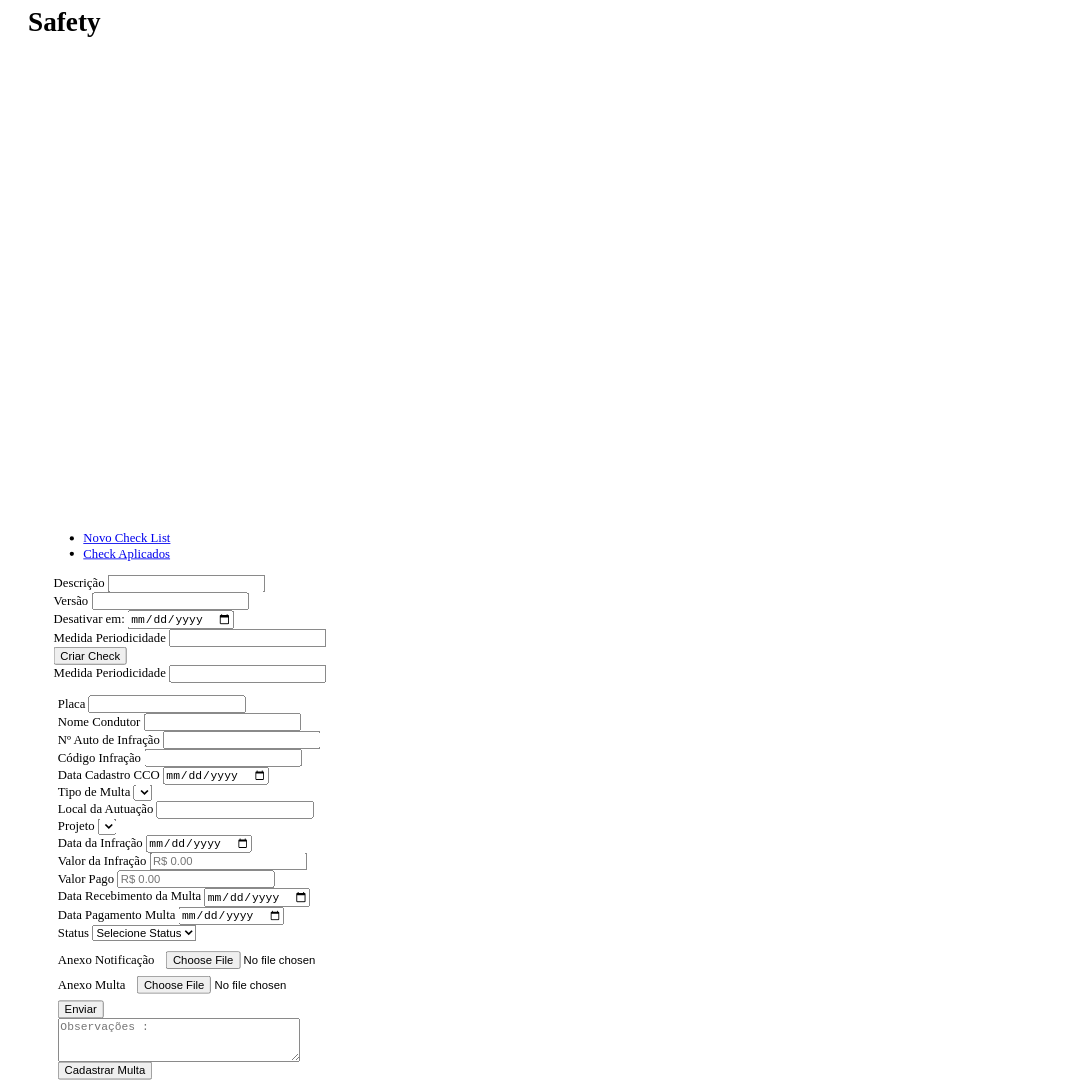
Repository: Conlog-SA/portal_operacional
Page: apps/safety_layout_checklist_app/templates/safety_layout_checklist_app/form_cad_layout_checklist.html
An editor plug-in stored every save of this project. The page is shown before and after the next save, followed by the edit.
The browser window is 1280 px wide. The pictures show the whole page, at 85% of full size.
The template is drawn by Django 3.2. The application's start-up code is not run. Other server files are loaded and not shown. The template is opened directly, without the code that normally fills it, so the values that code supplies are empty.

Above is the page before, as saved 2023-11-14 15:32:37.

### apps/safety_layout_checklist_app/templates/safety_layout_checklist_app/form_cad_layout_checklist.html
{% load static %}

{% block link_static_css %}
    <link rel="stylesheet" href="{% static 'css/cores.css' %}" />
    <link rel="stylesheet" href="{% static 'css/toggle_switch.css' %}" />
    <link rel="stylesheet" href="{% static 'css/loader.css' %}" />
    <link rel="stylesheet" href="{% static 'css/seguranca_safety_app/seguranca_safety.css' %}" />
    <script src="https://code.jquery.com/jquery-3.6.0.min.js"></script>
{% endblock %}

<div class="d-flex flex-column h-100 align-items-center justify-content-start text-white w-100" style="margin-right: 0px; width:100%;">
   <div class="mt-3 d-flex align-items-end justify-content-between div_Titulo" style="padding-bottom:15px; margin-left:25px;">
       <div class="d-flex align-items-center justify-content-center">
            <i class="fa-solid fa-truck-fast" style="font-size:50px; margin-left:0px; margin-right:15px; color:#cf6a15;"></i>
           <h1 class="titlePadraoMenu" style="margin-left:0px;">Safety</h1>
       </div>
       <img class="logo_cabecalho" src="{% static 'icons/logo-branca.png' %}" >
   </div>
   <div class="container-app col-md-12">
      <div class="form-group cl_div_tabela_principal_pagina" style="padding-top:0px;padding-left:0px;margin-left: 50px;margin-right: 25px; background-color:white" >
        <div class="header-table">
            <ul class="nav nav-tabs" id="myTab" role="tablist">
               <li class="nav-item">
                  <a class="nav-link active tabs-nav" id="a_tab_novo_check" data-toggle="tab"
                     href="#div_tab_new_check" role="tab"
                     aria-controls="div_tab_new_check"
                     aria-selected="false" style="border-radius:0px 0px 0 0; font-size:15px">
                     Novo Check List
                     <i class="fa-solid fa-filter" style="color: #f46424;"></i>
                  </a>
              </li>
              <li class="nav-item">
                  <a class="nav-link tabs-nav" id="a_tab_check_criados" data-toggle="tab"
                     href="#div_check_criados" role="tab"
                     aria-controls="div_check_criados"
                     aria-selected="false" style="border-radius:0px 0px 0 0; font-size:15px" >
                     Check Aplicados
                    <i class="fa-solid fa-pen-to-square" style="color: #f46424"></i>
                  </a>
              </li>
            </ul>
         </div>
         <div class="tab-content" style="border-radius:0 0 10px 10px; font-size:15px">
            <div class="tab-pane active" id="div_tab_new_check" role="tabpanel" aria-labelledby="div_tab_new_check" style="padding-left:5px;">
               <form class="new-check-list">
                  <div class="row">
                     <div class="form-group col-sm-4">
                       <label for="descricao_new_check">
                         Descrição
                         <input type="text" id="descricao_new_check">
                       </label>
                     </div>
                     <div class="form-group col-sm-4">
                       <label for="versao_new_check">
                         Versão
                         <input type="text" id="versao_new_check">
                       </label>
                     </div>
                     <div class="form-group col-sm-4">
                       <label for="desativar_new_check_date">
                         Desativar em:
                         <input type="date" id="desativar_new_check_date">
                       </label>
                     </div>
                     <div class="form-group col-sm-4">
                       <label for="periodicidade_new_check">
                         Medida Periodicidade
                         <input type="text" id="periodicidade_new_check">
                       </label>
                     </div>
                     <div class="form-group col-sm-4">
                        <button type="submit" id="btn_new_check" name=btn_new_check> Criar Check</button>
                     </div>
                     <div class="form-group col-sm-4">
                        <label for="liberacao_filiais">
                          Medida Periodicidade
                          <input type="text" id="liberacao_filiais">
                        </label>
                     </div>
                  </div>
               </form>
            </div>
            <div class="tab-pane" id="div_check_criados" role="tabpanel" aria-labelledby="a_tab_check_criados">
               <form id="form_cadastro_multas" name="form_cadastro_multas" method="POST" style="margin-left:10px; margin-right:10px;">
                  <div class="row">
                     <div class="form-group col-sm-4">
                        <label for="txt_placa">Placa</label>
                        <input type="text" class="form-control" id="txt_placa" required>
                     </div>
                     <div class="form-group col-sm-4">
                        <label for="input_nome_condutor">Nome Condutor</label>
                        <input type="text" class="form-control" id="input_nome_condutor">
                     </div>
                     <div class="form-group col-sm-4">
                        <label for="input_auto_infracao">Nº Auto de Infração</label>
                           <input type="text" class="form-control" id="input_auto_infracao" name="input_auto_infracao">
                     </div>
                     <div class="form-group col-sm-2">
                        <label for="input_codigo_infracao">Código Infração</label>
                           <input type="text" class="form-control" id="input_codigo_infracao" name="input_codigo_infracao">
                     </div>
                     <div class="form-group col-sm-2">
                        <label for="select_dt_cad_cco">Data Cadastro CCO</label>
                        <input type="date" class="form-control" id="select_dt_cad_cco">
                     </div>
                     <div class="form-group col-sm-4">
                        <label for="select_tipo_multa">Tipo de Multa</label>
                        <select class="selectpicker form-control" id="select_tipo_multa" name="select_tipo_multa" placeholder="Tipo de multa" required>
                           {% for tipo_multa in lista_tipo_multa %}
                              <option value="{{tipo_multa.cod_tipo_multa}}">
                                 {{tipo_multa.desc_multa}}
                              </option>
                           {% endfor %}
                        </select>
                     </div>
                     <div class="form-group col-sm-4">
                        <label for="input_local_autuacao">Local da Autuação</label>
                        <input type="text" class="form-control" id="input_local_autuacao" name="input_local_autuacao">
                     </div>
                     <div class="form-group col-sm-2">
                        <label for="input_proj" > Projeto </label>
                        <select class="selectpicker form-control" id="input_proj" name="input_proj" placeholder="Projeto" required>
                           {% for projeto in lista_projetos %}
                              <option value="{{projeto.cod_projeto}}" >
                                 {{projeto.desc_proj}}
                              </option>
                           {% endfor %}
                        </select>
                     </div>
                     <div class="form-group col-sm-2">
                        <label for="input_data_infracao">Data da Infração</label>
                        <input type="date" class="form-control" id="input_data_infracao" name="input_data_infracao">
                     </div>
                     <div class="form-group col-sm-2">
                        <label for="input_valor_infracao"> Valor da Infração </label>
                        <input type="number" class="form-control" id="input_valor_infracao" name="input_valor_infracao" placeholder="R$ 0.00">
                     </div>
                     <div class="form-group col-sm-2">
                        <label for="input_valor_pago_infracao"> Valor Pago</label>
                        <input type="number" class="form-control" id="input_valor_pago_infracao" name="input_valor_pago_infracao"  placeholder="R$ 0.00">
                     </div>
                     <div class="form-group col-sm-2">
                        <label for="select_data_receb_multa">Data Recebimento da Multa</label>
                        <input type="date" class="form-control" id="select_data_receb_multa">
                     </div>
                     <div class="form-group col-sm-2">
                        <label for="dt_pagamento_multa">Data Pagamento Multa</label>
                        <input type="date" class="form-control" id="dt_pagamento_multa" name="inputDatePag">
                     </div>
                     <div class="form-group col-sm-4">
                        <label for="select_status_multa">Status</label>
                        <select class="form-control" id="select_status_multa" name="select_status_multa" style="margin-bottom:12px">
                           <option selected>Selecione Status</option>
                           <option value="andamento">Em Andamento</option>
                           <option value="finalizado">Finalizado</option>
                        </select>
                     </div>
                     <form method="post" enctype="multipart/form-data" action="{% url 'anexar_itens' %}">
                        {% csrf_token %}
                        <div class="form-group col-sm-4 d-flex align-items-end" style="margin-bottom:8px">
                           <label for ="myfile" style="margin-right:10px ; font-weight:ligther">Anexo Notificação</label>
                           <input type="file" id="notificacao" name="notificacao" style="padding-right:340px">
                        </div>
                        <div class="form-group col-sm-4 d-flex align-items-end" style="margin-bottom:8px">
                           <label for ="myfile" style="margin-right:10px; font-weight:ligther"; >Anexo Multa</label>
                           <input type="file" id="multa" name="multa" style="padding-right:340px">
                        </div>
                        <button type="submit"> Enviar </button>
                     </form>
                     {% if notificacao_file %}
                        <a href="{% url 'download_arquivo' 'notificacao' %}">Baixar Notificação</a>
                     {% endif %}
                     {% if multa_file %}
                        <a href="{% url 'download_arquivo' 'multa' %}">Baixar Multa</a>
                     {% endif %}
                     <div class="row">
                        <div class="form-group col-sm-8">
                           <label for="txt_obs"></label>
                           <textarea class="form-control" id="txt_obs" rows="3" cols="33"  placeholder="Observações :"></textarea>
                        </div>
                        <div class="form-group col-sm-3 d-flex align-items-end">
                           <button class="btn btn-primary btn-form" type="button" id ="btn_cadastrar_multa" name="btn_cadastrar_multa" value="0">
                              Cadastrar Multa
                              <i class="fa-regular fa-bookmark"></i>
                           </button>
                        </div>
                     </div>
                  </div>
               </form>
            </div>
         </div>
      </div>
   </div>
</div>


<script src="{% static 'controllers/cco_multas_app/cad_multas_controller.js' %}"></script>
<script src="{% static 'libs/bootstrap_4/js/bootstrap.min.js' %}"></script>

### static/css/cores.css
:root{
    --cor_bg_login: rgba(24, 27, 30, 0.90);
    --cor_cinza_escuro: #515457;
    --cor_cinza_claro: #9fa3a7;
    --cor_cinza_claro2: #d0d0d0;
    --cor_branco: #e6e4e4;
    --cor_bg_solido: #181b1e;
    --cor_bg_solido_claro:#343537;
    --cor_bg_cinza_escuro: rgba(33,37,41,0.9) !important;
    --cor_bg_cinza_escuro_cabecalho: rgba(33,37,41,0.7) !important;
    --cor_bg_modais_body: #DCDCDC;

    --cor_empresa: #f46424;
    --cor_empresa_hover: #df5b23;
    --cor_empresa_active: #b24110;

    --bs-accordion-btn-focus-box-shadow_custom: 0 0 0 0.25rem rgba(244, 100, 36, 0.25);

    --bs-accordion-btn-active-icon_custom:url('');

    --cor_card_chamado_hover: #ccccce;
    --cor_card_chamado_active: #999999;
    --cor_chamado_emergencial: #b30f04;
    --cor_branco: #fff;
    /* --cor_branco_escuro: #969393; */
    --cor_card_a_atender: #e3f8f5;
    --cor_card_atendendo: #e1ffe4;;
    --cor_card_em_espera: #fdf9c6;
}

### static/css/toggle_switch.css
/* Remove this container when use*/
.component-title {
    width: 100%;
    position: absolute;
    z-index: 999;
    top: 30px;
    left: 0;
    padding: 0;
    margin: 0;
    font-size: 1rem;
    font-weight: 700;
    color: #888;
    text-align: center;
  }

  /* The switch - the box around the slider */
  .container {
    width: 77px;
    height: 31px;
    position: relative;
  }

  /* Hide default HTML checkbox */
  .checkbox {
    opacity: 0;
    width: 0;
    height: 0;
    position: absolute;
  }

  .switch {
    width: 100%;
    height: 100%;
    display: block;
    background-color: #e9e9eb;
    border-radius: 16px;
    cursor: pointer;
    transition: all 0.2s ease-out;
  }

  /* The slider */
  .slider {
    width: 27px;
    height: 27px;
    position: absolute;
    left: calc(50% - 27px/2 - 10px);
    top: calc(50% - 27px/2);
    border-radius: 50%;
    background: #FFFFFF;
    box-shadow: 0px 3px 8px rgba(0, 0, 0, 0.15), 0px 3px 1px rgba(0, 0, 0, 0.06);
    transition: all 0.2s ease-out;
    cursor: pointer;
  }

  .checkbox:checked + .switch {
    background-color: #f46424;
  }

  .checkbox:checked + .switch .slider {
    left: calc(50% - 27px/2 + 10px);
    top: calc(50% - 27px/2);
  }

  .cursor-pointer{
    cursor: pointer;
  }

### static/css/loader.css
.loader {
  /* display: flex; */
  margin-left: 1.5rem;
  align-items: center;
  /* width: 50px;
  height: 50px; */
  position: relative;
  display: none;
}

.loader:before {
  align-items: center;
  display: flex;
  content: "";
    position: absolute;
    top: -10px;
    left: -10px;
    right: -10px;
    bottom: -10px;
    border-radius: 50%;
    /* width: 50px;
    height: 50px; */
  }

  .loader-inner {
    display: flex;
    justify-content: center;
    align-items: center;
    position: relative;
  }

  .loader-block {
    display: inline-block;
    width: 10px;
    height: 10px;
    margin: 2px;
    background-color: #f46424;
    box-shadow: 0 0 20px #f46424;
    animation: loader_562 1.2s cubic-bezier(0.5, 0, 0.5, 1) infinite;
  }

  .loader-block:nth-child(1) {
    animation-delay: 0.1s;
  }

  .loader-block:nth-child(2) {
    animation-delay: 0.2s;
  }

  .loader-block:nth-child(3) {
    animation-delay: 0.3s;
  }

  .loader-block:nth-child(4) {
    animation-delay: 0.4s;
  }

  .loader-block:nth-child(5) {
    animation-delay: 0.5s;
  }

  .loader-block:nth-child(6) {
    animation-delay: 0.6s;
  }

  .loader-block:nth-child(7) {
    animation-delay: 0.7s;
  }

  .loader-block:nth-child(8) {
    animation-delay: 0.8s;
  }

  @keyframes loader_562 {
    0% {
      transform: scale(1);
      box-shadow: 0 0 20px rgba(255, 255, 255, 0.5);
    }

    20% {
      transform: scale(1, 2.5);
      box-shadow: 0 0 50px rgba(255, 255, 255, 0.7);
    }

    40% {
      transform: scale(1);
      box-shadow: 0 0 20px rgba(255, 255, 255, 0.5);
    }
  }

Loaded but not shown: static/libs/bootstrap_4/js/bootstrap.min.js (library); static/controllers/cco_multas_app/cad_multas_controller.js (275 lines, source omitted); static/css/seguranca_safety_app/seguranca_safety.css (no copy from this time; the picture is the same without it)

After the next save:
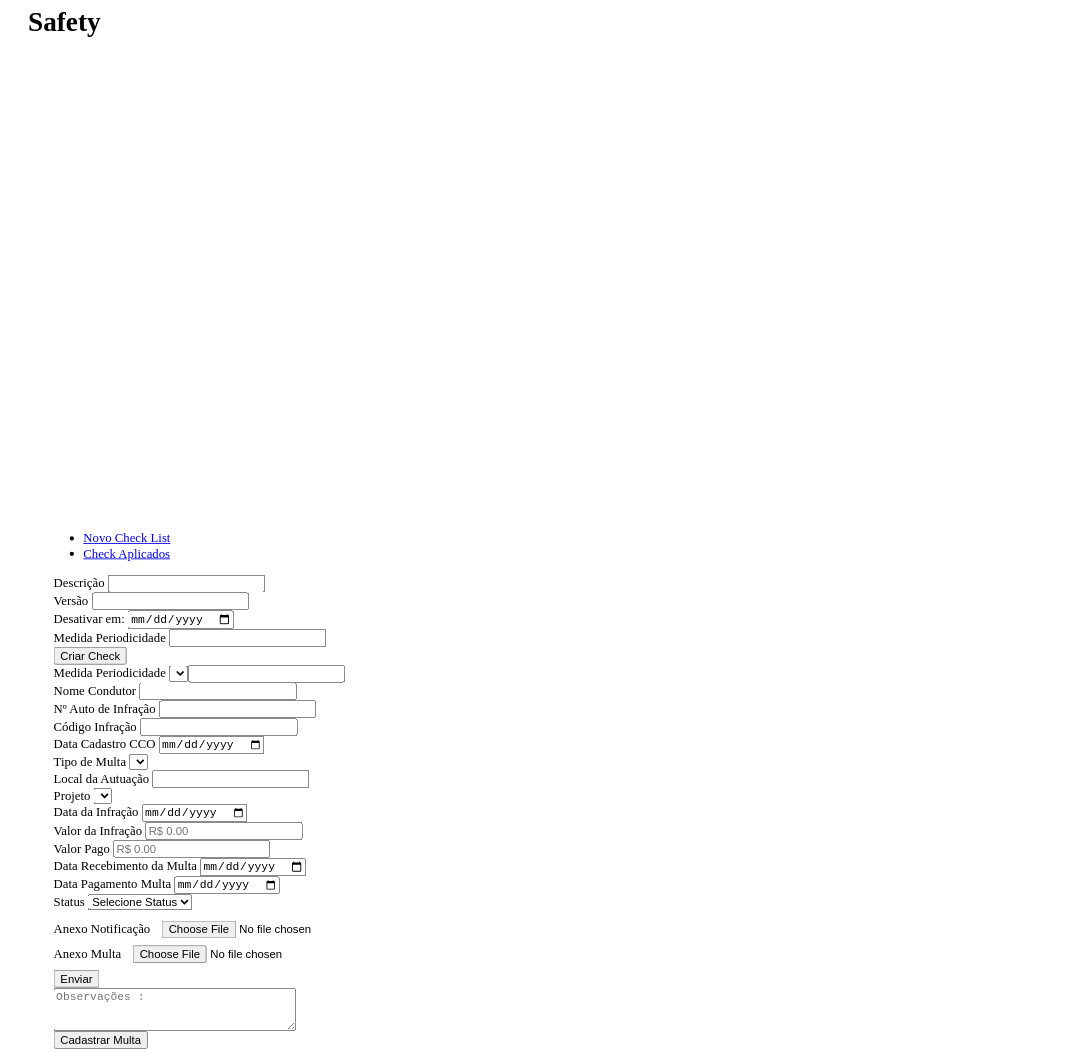
Saved 74 s later.
--- a/apps/safety_layout_checklist_app/templates/safety_layout_checklist_app/form_cad_layout_checklist.html
+++ b/apps/safety_layout_checklist_app/templates/safety_layout_checklist_app/form_cad_layout_checklist.html
@@ -74,7 +74,7 @@
                      <div class="form-group col-sm-4">
                         <label for="liberacao_filiais">
                           Medida Periodicidade
-                          <input type="text" id="liberacao_filiais">
+                          <select name="liberacao_filiais" id="liberacao_filiais">
                         </label>
                      </div>
                   </div>
